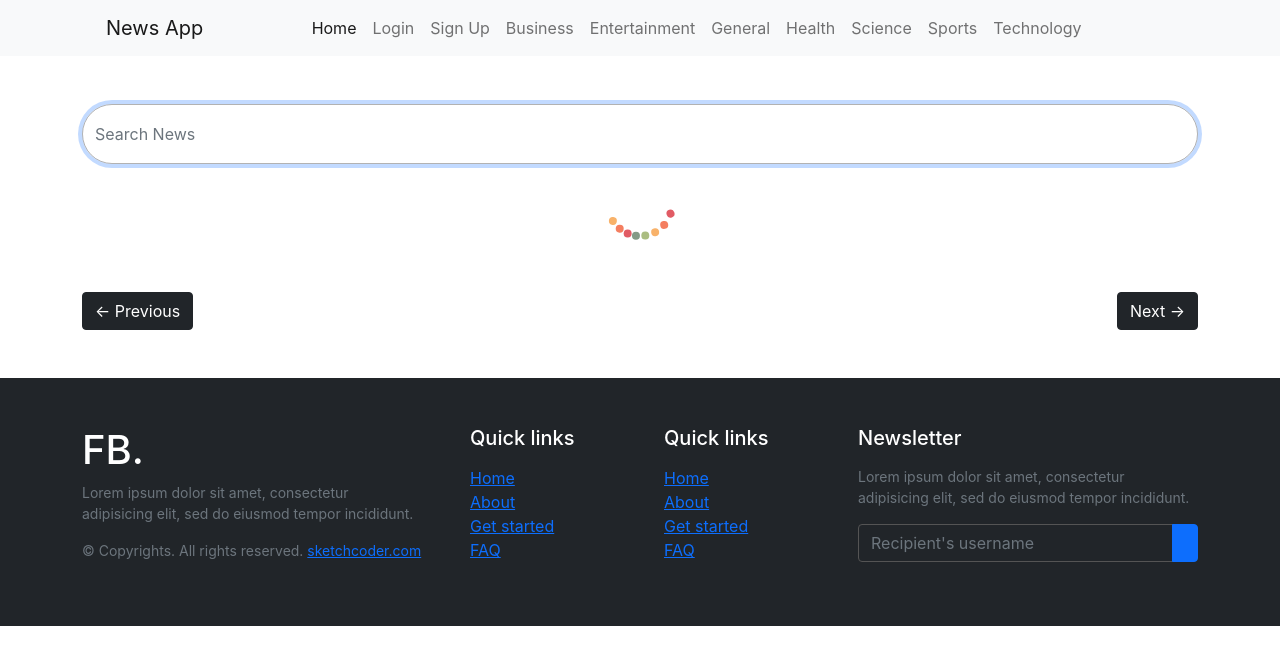
Repository: ZainAkbar51214/News-Site
Page: /
The author's editor kept a copy of each file at every save. The page is drawn from the files as they stood at one save, then again after the next save.
The browser window is 1280 px wide. The pictures show the whole page.
The first visible `.form-news` has the focus.
The page's requests for data from a server got no answer. The project was rebuilt for these pictures with package versions that can differ from the ones it lists, and the page was loaded fresh each time. No one was signed in, and anything a server would have sent is missing. Also part of the build but not shown: src/Components/pages/Login.jsx, src/Components/pages/SignUp.jsx, src/Components/Layouts/NewsItem.js.

Above is the page before, as saved 2023-12-18 04:40:13.

After the next save:
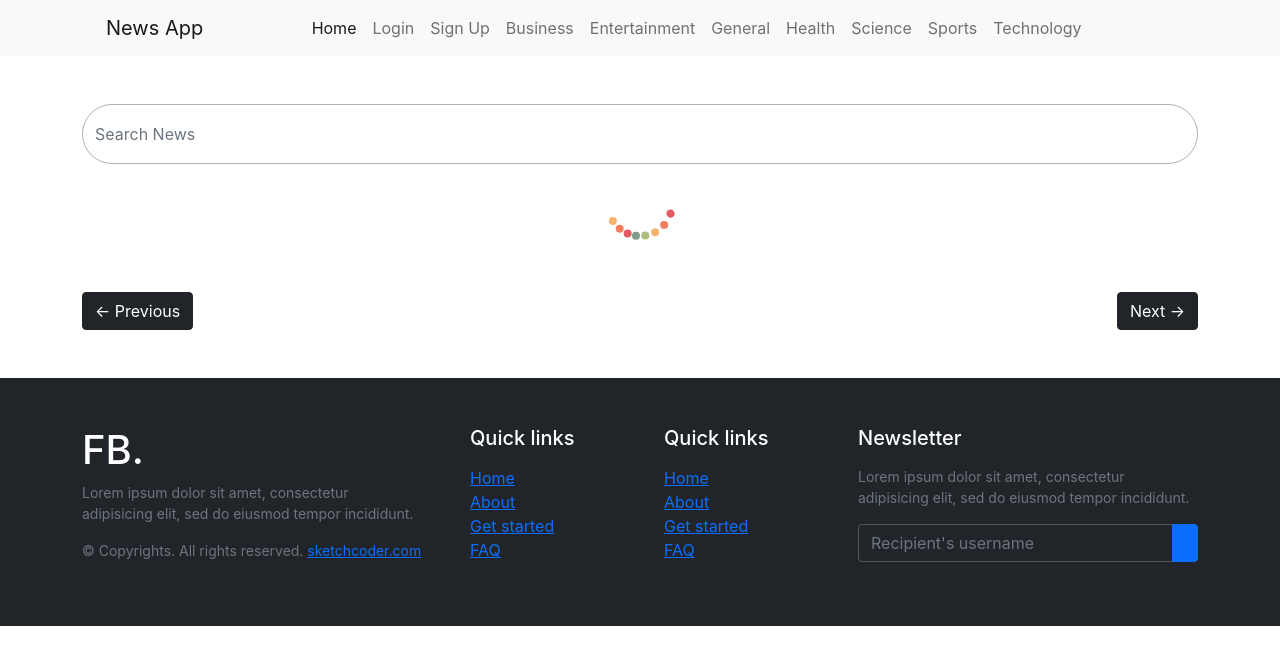
Saved 11 s later.
--- a/src/App.css
+++ b/src/App.css
@@ -176,4 +176,5 @@
   border-radius: 100px;
   background-color: transparent;
   border: 1px solid rgb(0, 0, 0, 0.3);
+  box-shadow: none;
 }
